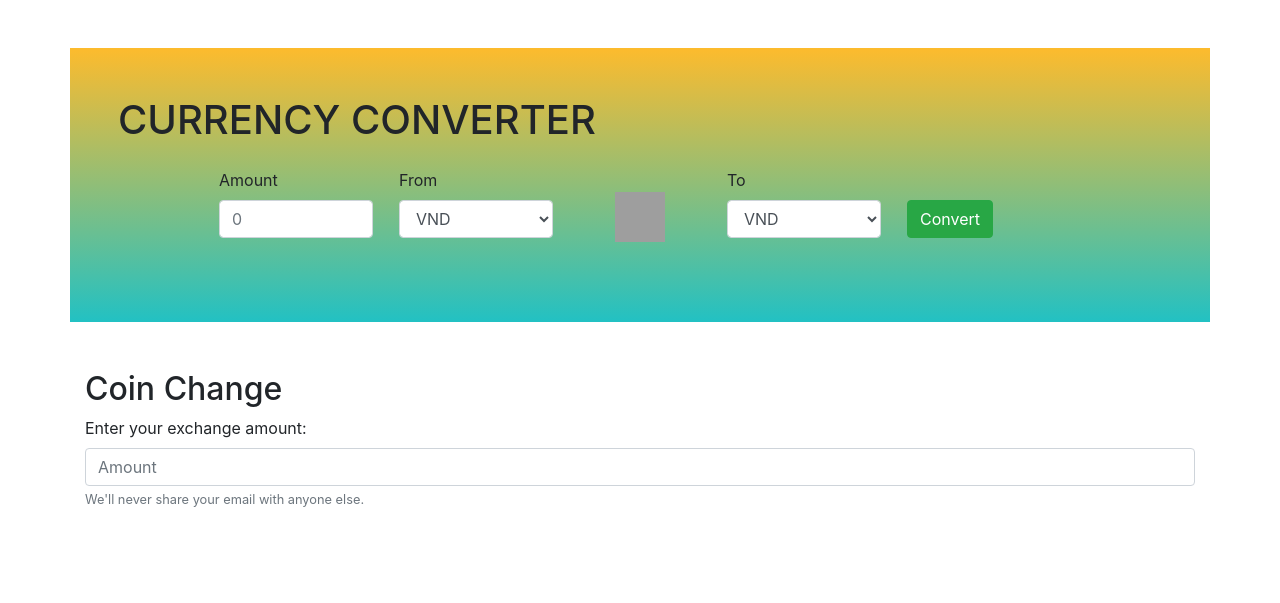
Repository: tts2610/MoneyConverter
Page: index.html
The author's editor kept a copy of each file at every save. The page is drawn from the files as they stood at one save, then again after the next save.
The browser window is 1280 px wide. The pictures show the whole page.
Pictures or frames that could not be fetched are drawn as grey boxes.

Above is the page before, as saved 2020-05-12 11:27:53.

### index.html
<!DOCTYPE html>
<html lang="en">

<head>
    <meta charset="UTF-8">
    <meta name="viewport" content="width=device-width, initial-scale=1.0">
    <title>Document</title>
    <link rel="stylesheet" href="https://maxcdn.bootstrapcdn.com/bootstrap/4.4.1/css/bootstrap.min.css">

    <!-- jQuery library -->
    <script src="https://ajax.googleapis.com/ajax/libs/jquery/3.4.1/jquery.min.js"></script>

    <!-- Popper JS -->
    <script src="https://cdnjs.cloudflare.com/ajax/libs/popper.js/1.16.0/umd/popper.min.js"></script>

    <!-- Latest compiled JavaScript -->
    <script src="https://maxcdn.bootstrapcdn.com/bootstrap/4.4.1/js/bootstrap.min.js"></script>

</head>

<body>

    <form class="container my-5 px-5 py-5" style="
    background: rgb(34,193,195);
    background: linear-gradient(0deg, rgba(34,193,195,1) 0%, rgba(253,187,45,1) 100%);
">
        <h1 class="mx-auto">CURRENCY CONVERTER</h1>
        <div class="form-row justify-content-md-center px-5 mx-5">
            <div class="col mt-3">
                <label>Amount</label>
                <input type="number" class="form-control" placeholder="0" id="amount">
            </div>
            <div class="col mt-3 ml-3">
                <label>From</label>
                <select class="form-control" id="fromCurrency">
            </select>
            </div>
            <div class="col mt-4 py-3" style="display: flex;justify-content: center; cursor: pointer;" onClick="swap()">
                <img src="https://cdn3.iconfinder.com/data/icons/basic-interface/100/update-512.png" width="50px" height="50px">
            </div>
            <div class="col mt-3">
                <label>To</label>
                <select class="form-control" id="toCurrency">
            </select>

            </div>
            <div class="col mt-5 ml-3">
                <button type="button" class="btn btn-success" onClick="submitAmount()">Convert</button>
            </div>
        </div>
        <p id="result" style="color:deeppink; font-weight: 700; font-size: xxx-large; text-align: center;"></p>
    </form>

    <h2 class="container">Coin Change</h2>
    <form class="container">
        <div class="form-group">
            <label for="exampleInputEmail1">Enter your exchange amount:</label>
            <input type="number" class="form-control" id="exampleInputEmail1" aria-describedby="emailHelp" placeholder="Amount">
            <small id="emailHelp" class="form-text text-muted">We'll never share your email with anyone else.</small>
        </div>
    </form>


    <script src="js/script.js"></script>
    <script>
    </script>
</body>

</html>

### js/script.js
/*dic = {
    fromCurrency:{
        toCurrency:[currencyRatio,locale,currencySymbol],
        toCurrency:[currencyRatio,locale,currencySymbol],
        toCurrency:[currencyRatio,locale,currencySymbol],
        .....
    },
    fromCurrency:
        .....
}*/
let dic = {
    "vnd": { "usd": [1 / 23206, "en", "USD"], "jpy": [1 / 216.703, "ja-JP", "JPY"], "krw": [1 / 18.9136, "krw", "KRW"], "idr": [1 / 1.55505, "idr", "idr"], "eur": [1 / 25111, "de-DE", "EUR"], "vnd": [1, "vi", "VND"] },
    "usd": { "vnd": [23206, "vi", "VND"], "jpy": [107.297, "ja-JP", "JPY"], "krw": [1223.80, "krw", "KRW"], "idr": [14904, "idr", "idr"], "eur": [1 / 1.08207, "de-DE", "EUR"], "usd": [1, "en", "USD"] },
    "jpy": { "vnd": [216.703, "vi", "VND"], "usd": [1 / 107.297, "en", "USD"], "krw": [11.4099, "krw", "KRW"], "idr": [138.937, "idr", "idr"], "eur": [1 / 116.054, "de-DE", "EUR"], "jpy": [1, "ja-JP", "JPY"] },
    "krw": { "vnd": [18.9136, "vi", "VND"], "usd": [1 / 1224.06, "en", "USD"], "jpy": [1 / 11.4096, "ja-JP", "JPY"], "idr": [12.1833, "idr", "idr"], "eur": [1 / 1323.75, "de-DE", "EUR"], "krw": [1, "krw", "KRW"] },
    "idr": { "vnd": [1.55505, "vi", "VND"], "usd": [1 / 14910, "en", "USD"], "jpy": [1 / 138.985, "ja-JP", "JPY"], "krw": [1 / 12.1818, "krw", "KRW"], "eur": [1 / 16134.84, "de-DE", "EUR"], "idr": [1, "idr", "idr"] },
    "eur": { "vnd": [25081, "vi", "VND"], "usd": [1.08207, "en", "USD"], "jpy": [116.054, "ja-JP", "JPY"], "idr": [16129, "idr", "idr"], "krw": [1323.75, "krw", "KRW"], "eur": [1, "de-DE", "EUR"] },
}
let from = null;
let to = null;
let amount = 0;
var fromCurrency = null;
var toCurrency = null;
$(document).ready(function() {
    fromCurrency = document.getElementById("fromCurrency");
    toCurrency = document.getElementById("toCurrency");
    let selectList = Object.keys(dic);
    selectList.forEach(element => {
        var option = document.createElement("option");
        option.text = element.toUpperCase();
        fromCurrency.add(option);
    })
    selectList.forEach(element => {
        var option = document.createElement("option");
        option.text = element.toUpperCase();
        toCurrency.add(option);
    })

});

function swap() {
    var x = fromCurrency.value;
    fromCurrency.value = toCurrency.value;
    toCurrency.value = x;
}

function submitAmount() {
    amount = document.getElementById("amount").value ? document.getElementById("amount").value : 0;
    from = fromCurrency.value.toLowerCase();
    to = toCurrency.value.toLowerCase();

    // reformating input
    let res = getValueFromDict(from, from);
    let formatedAmount = new Intl.NumberFormat(res[1], { style: 'currency', currency: res[2], maximumSignificantDigits: 3 }).format(amount)

    // set output
    document.getElementById("result").innerText = formatedAmount + " = " + convert(from, to);
}

// conversion
function convert(from, to) {
    let res = getValueFromDict(from, to);
    let outRes = (amount * res[0]);
    return new Intl.NumberFormat(res[1], { style: 'currency', currency: res[2], maximumSignificantDigits: 3 }).format(outRes);
}

function getValueFromDict(input1, input2) {
    let currencyRatio = dic[input1][input2][0];
    let locale = dic[input1][input2][1];
    let currency = dic[input1][input2][2];
    return [currencyRatio, locale, currency];
}

After the next save:
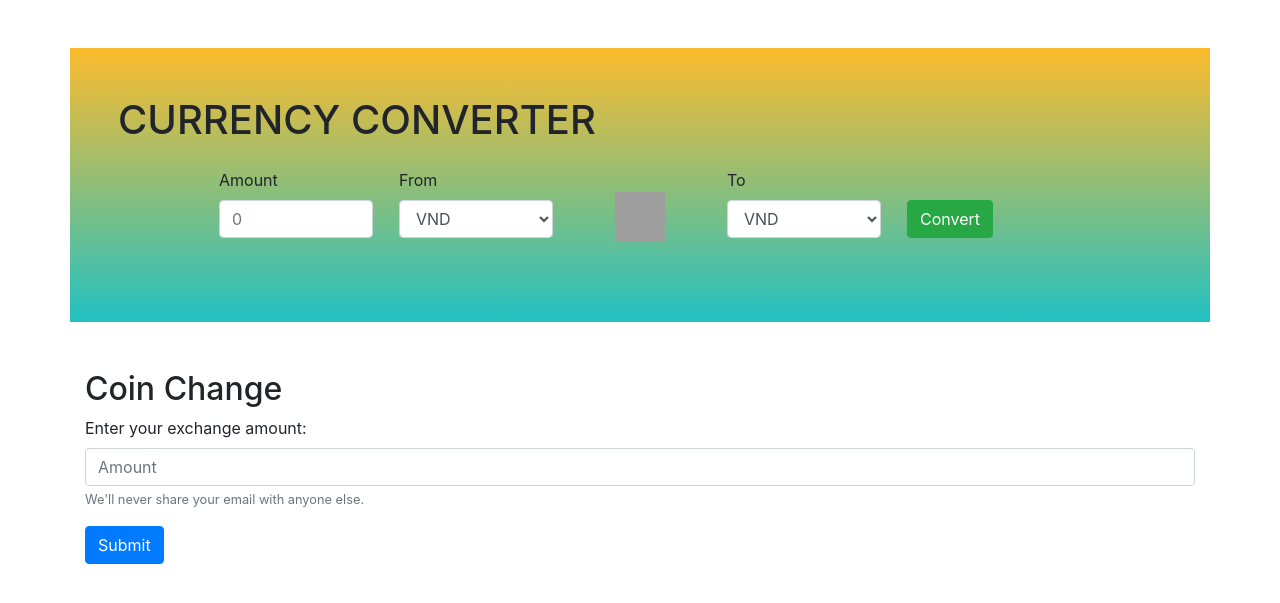
Saved 55 s later.
--- a/index.html
+++ b/index.html
@@ -58,6 +58,7 @@
             <input type="number" class="form-control" id="exampleInputEmail1" aria-describedby="emailHelp" placeholder="Amount">
             <small id="emailHelp" class="form-text text-muted">We'll never share your email with anyone else.</small>
         </div>
+        <button type="submit" class="btn btn-primary">Submit</button>
     </form>
 
 
